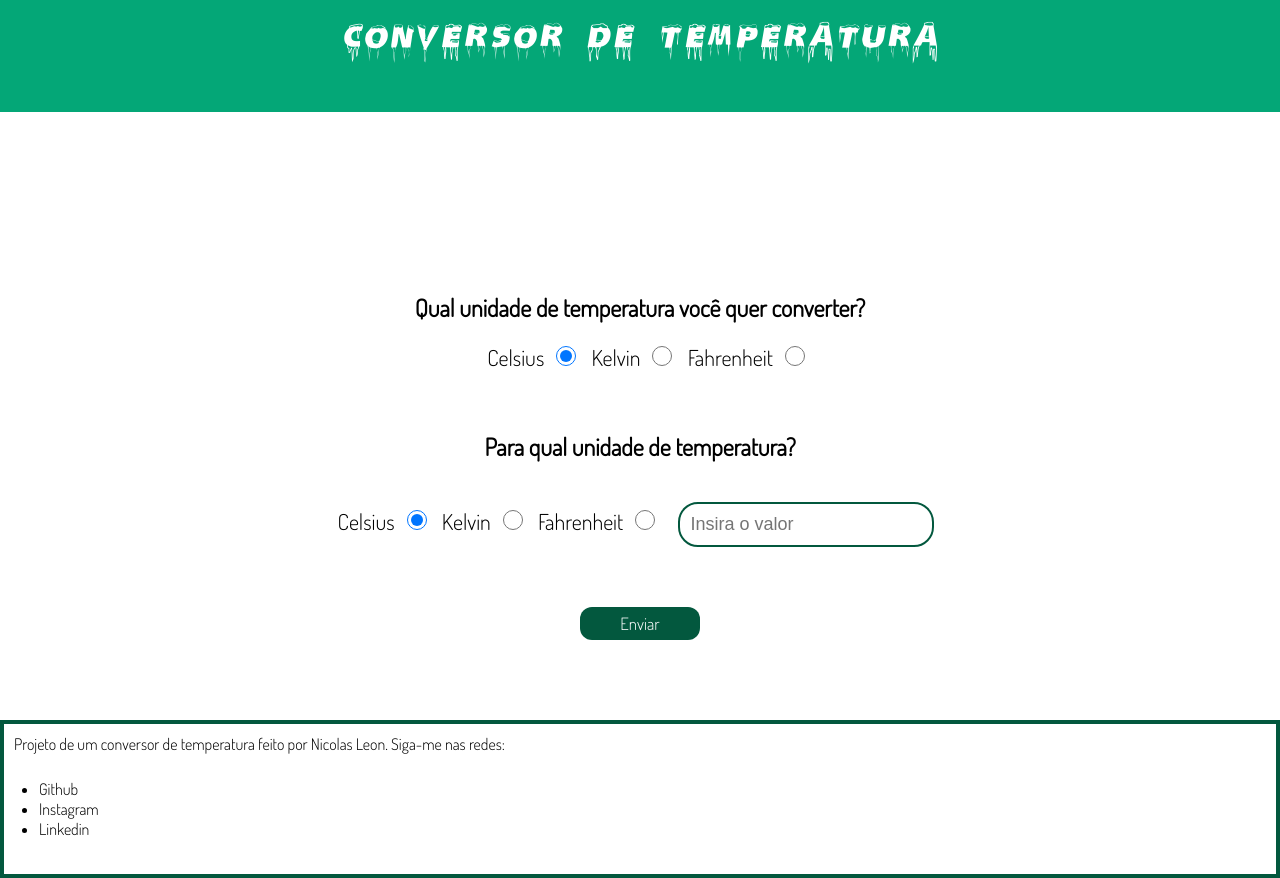
Repository: Leonngc/Conversor-de-temperatura
Page: index.html
These files come from the project's save history. The page is drawn as it stood at one moment and after the next save; the edit follows.
The browser window is 1280 px wide. The pictures show the whole page.
Some icons come from a web library that is not loaded, so they are not drawn.

Above is the page before, as saved 2023-02-10 23:40:46.

After the next save:
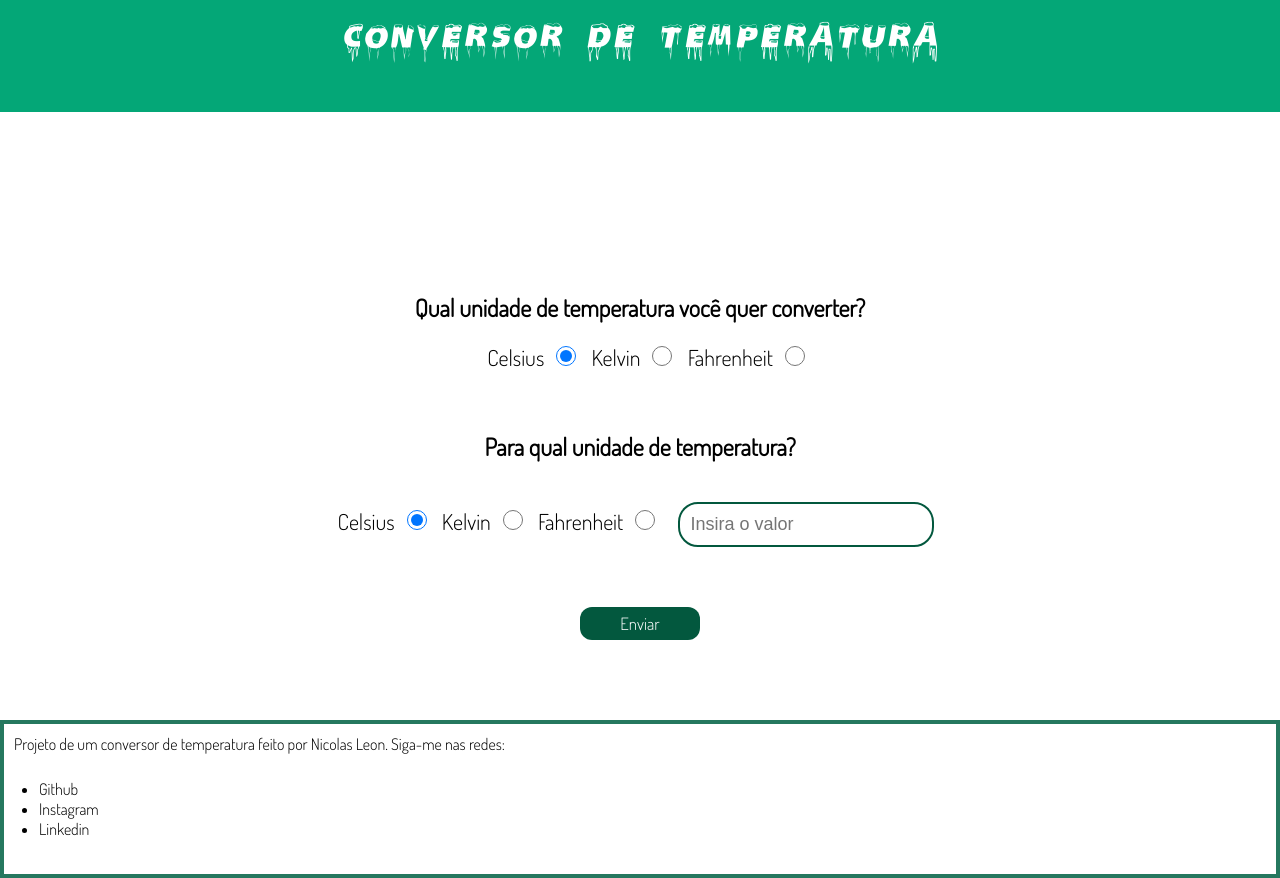
Saved 17 s later.
--- a/style.css
+++ b/style.css
@@ -130,7 +130,7 @@
 footer{
     margin-top: 80px;
     padding: 10px;
-    border: 4px solid #03583e;
+    border: 4px solid #25785f;
     font-size: 16px;
     font-family: var(--dosis);
 }

After the save that followed:
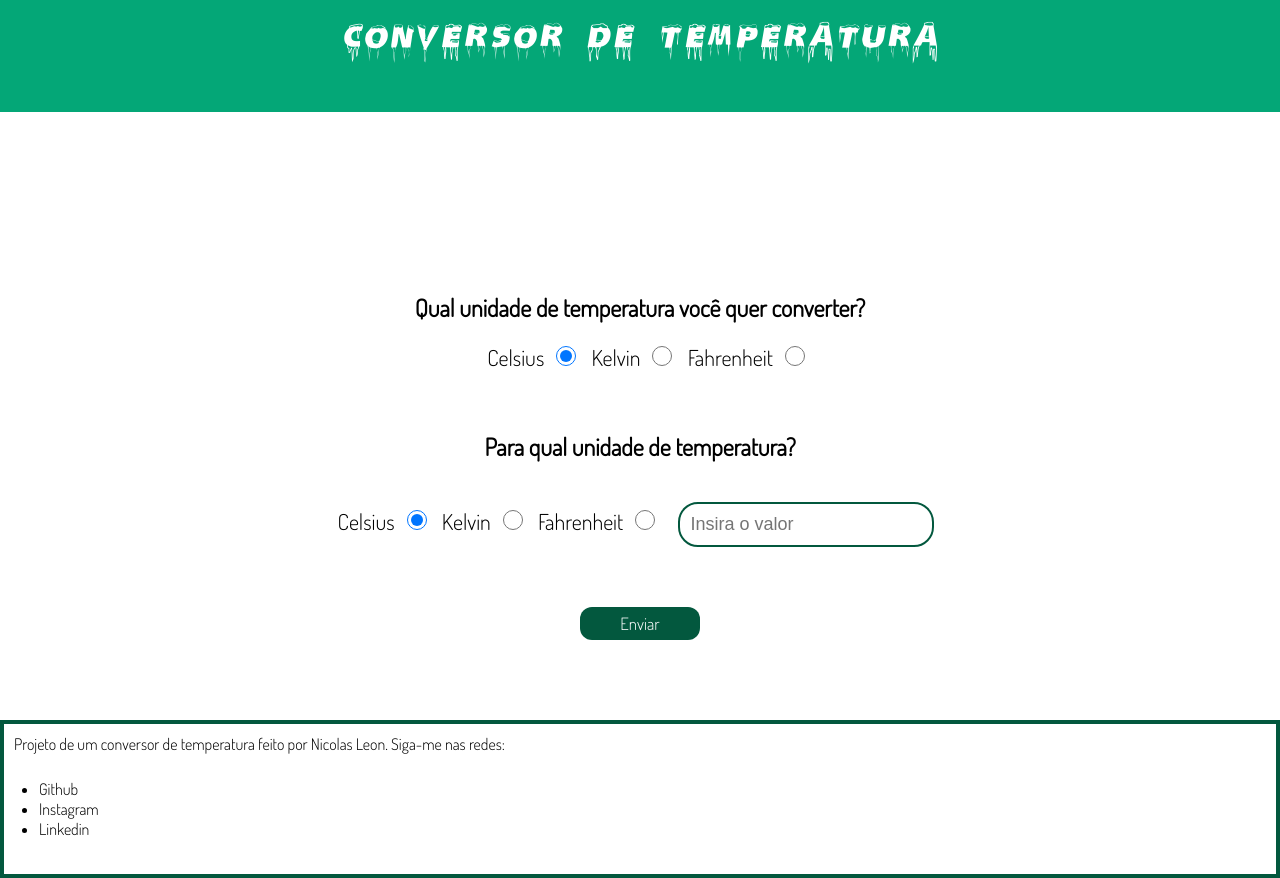
Saved 9 s later.
--- a/style.css
+++ b/style.css
@@ -130,7 +130,7 @@
 footer{
     margin-top: 80px;
     padding: 10px;
-    border: 4px solid #25785f;
+    border: 4px solid #03583e;
     font-size: 16px;
     font-family: var(--dosis);
 }
